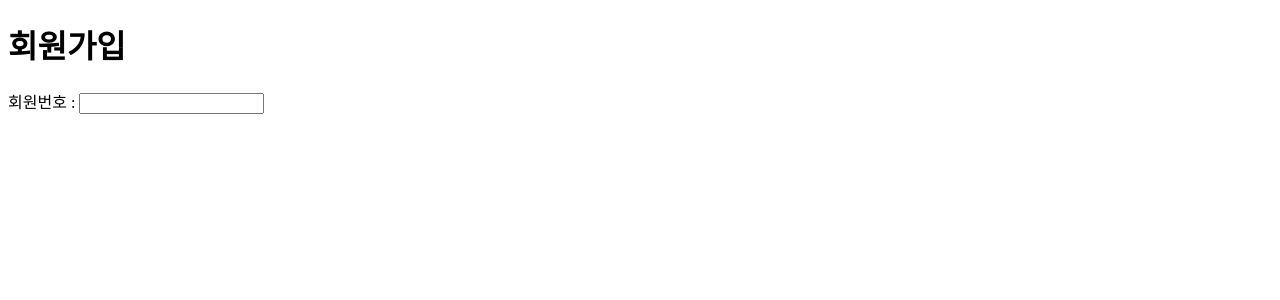
Repository: saahhh/Servlet-JSP-Workspace
Page: http://localhost/join/register.jsp
An editor plug-in stored every save of this project. The page is shown before and after the next save, followed by the edit.
The browser window is 1280 px wide. The pictures show the whole page.
The page is served by Tomcat 9.

Above is the page before, as saved 2023-11-07 01:37:26.

After the next save:
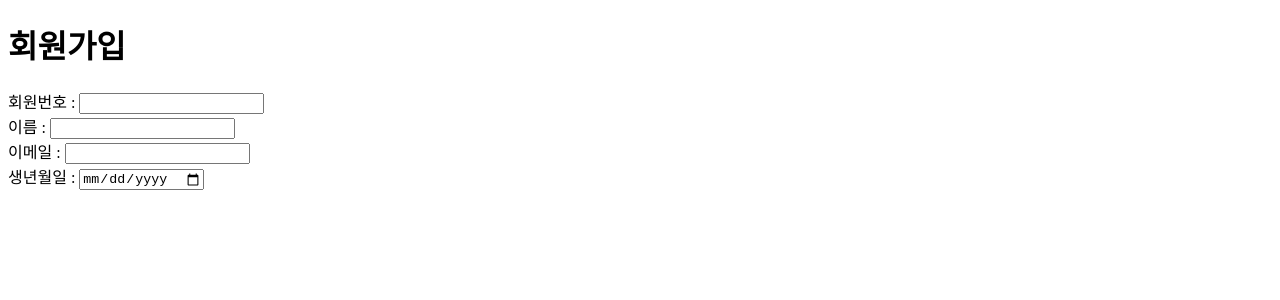
Saved 2 min 49 s later.
--- a/join/src/main/webapp/register.jsp
+++ b/join/src/main/webapp/register.jsp
@@ -13,6 +13,15 @@
 	<label for="mno">회원번호 : </label>
 	<input type="text" id="mno" name="mno" required><br>
 
+	<label for="mname">이름 : </label>
+	<input type="text" id="mname" name="mname" required><br>
+
+	<label for="meamil">이메일 : </label>
+	<input type="email" id="memail" name="email" required><br>
+
+	<label for="mbirth">생년월일 : </label>
+	<input type="date" id="mbirth" name="mbirth" required><br>
+
 </form>
 
 </body>
